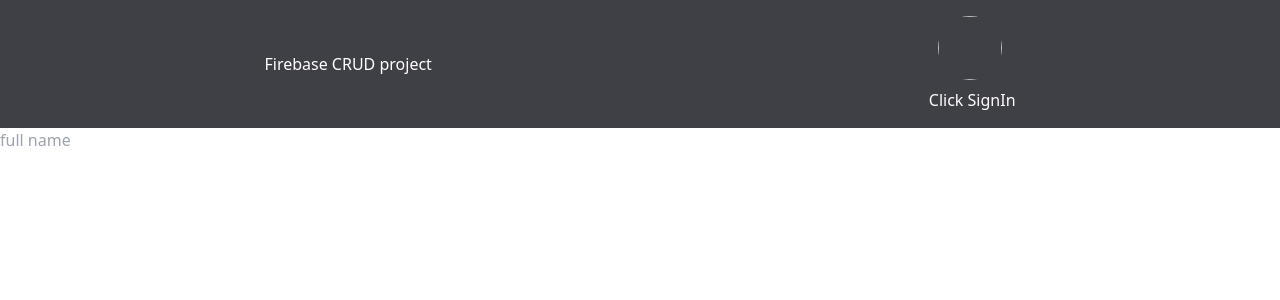
Repository: Semanmernstack/firebase-crud
Page: /
The author's editor kept a copy of each file at every save. The page is drawn from the files as they stood at one save, then again after the next save.
The browser window is 1280 px wide. The pictures show the whole page.
The project was rebuilt for these pictures with package versions that can differ from the ones it lists, and the page was loaded fresh each time.

Above is the page before, as saved 2023-03-17 01:27:18.

### src/index.css
body {
  margin: 0;

}

@tailwind base;
@tailwind components;
@tailwind utilities;

### src/App.js



import Body from "./components/Body";
import Header from "./components/Header";





function App() {

  return (
    <div className="">
      <Header/>
      <Body/>
    </div>
  );
}

export default App;

### src/components/Body.js
import React from 'react'

function Body() {
  return (
    <div>
        <form >
            <input type="text" placeholder='full name' />
        </form>
    </div>
  )
}

export default Body

### src/components/Header.js


import Login from "./Login"


function Header() {
  const [user, setUser] = ("")


  return (
    <nav className="flex items-center justify-around bg-zinc-700 text-white p-4">
        <div>
            <h1> Firebase CRUD project</h1>
        </div>
        <Login/>

    </nav>


  )
}

export default Header

### src/components/Login.js
import { onAuthStateChanged, signInWithPopup } from 'firebase/auth'
import React, { useEffect, useState } from 'react'
import { auth, provider } from '../firebase.'


function Login() {
    const [user, setUser] = useState("")
    useEffect(() => {

        onAuthStateChanged(auth, (user) => {
            console.log(user)
          if (user) {
            setUser(user)
          }
        })

      }, [])





    const signIn = () => {
       try {
            signInWithPopup(auth, provider)
       }
       catch (error) {
            alert(error.message)
       }
    }
  return (
    <div className="flex flex-col items-center gap-2">
        <div className="flex gap-1 items-center">
            <img className='rounded-full h-16 w-16' src={user.photoURL} alt="" />
            <h1>{user?.displayName}</h1>
        </div>
        <div>
            <button onClick={signIn} >Click SignIn</button>
        </div>



    </div>
  )
}

export default Login

### src/firebase..js
import { initializeApp } from "firebase/app";
import { getAuth, GoogleAuthProvider } from "firebase/auth";
import { getFirestore } from "firebase/firestore";
// TODO: Add SDKs for Firebase products that you want to use
// https://firebase.google.com/docs/web/setup#available-libraries

// Your web app's Firebase configuration
const firebaseConfig = {
  apiKey: "AIzaSyBgS0aivKoq6PRjPIzLlCpHxI0D8M1DMtw",
  authDomain: "school-81c7d.firebaseapp.com",
  projectId: "school-81c7d",
  storageBucket: "school-81c7d.appspot.com",
  messagingSenderId: "524069258489",
  appId: "1:524069258489:web:11c09d32a06e9a8b970e28"
};

// Initialize Firebase
const app = initializeApp(firebaseConfig);
const auth = getAuth(app);
const provider = new GoogleAuthProvider();

export { auth, provider }

Loaded but not shown: public/index.html (common file); src/index.js (common file); src/reportWebVitals.js (common file); tailwind.config.js (common file)

After the next save:
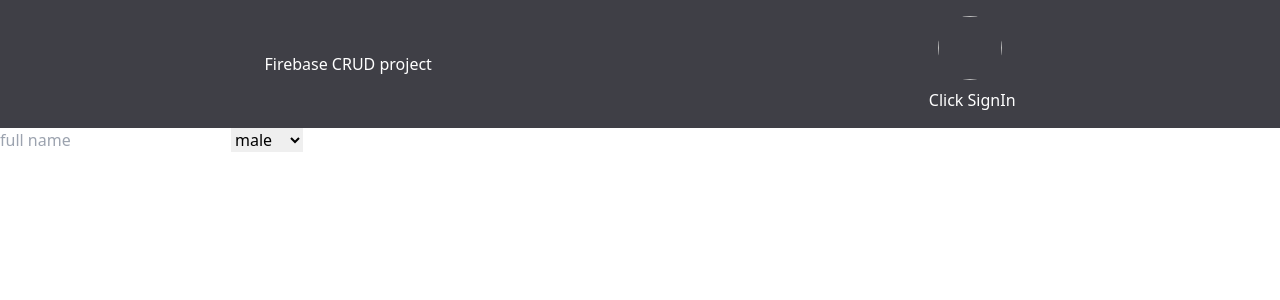
Saved 2 min 21 s later.
--- a/src/components/Body.js
+++ b/src/components/Body.js
@@ -5,6 +5,10 @@ function Body() {
     <div>
         <form >
             <input type="text" placeholder='full name' />
+            <select name="bb" id="">
+                <option value="bb">male</option>
+                <option value="bb">female</option>
+            </select>
         </form>
     </div>
   )
